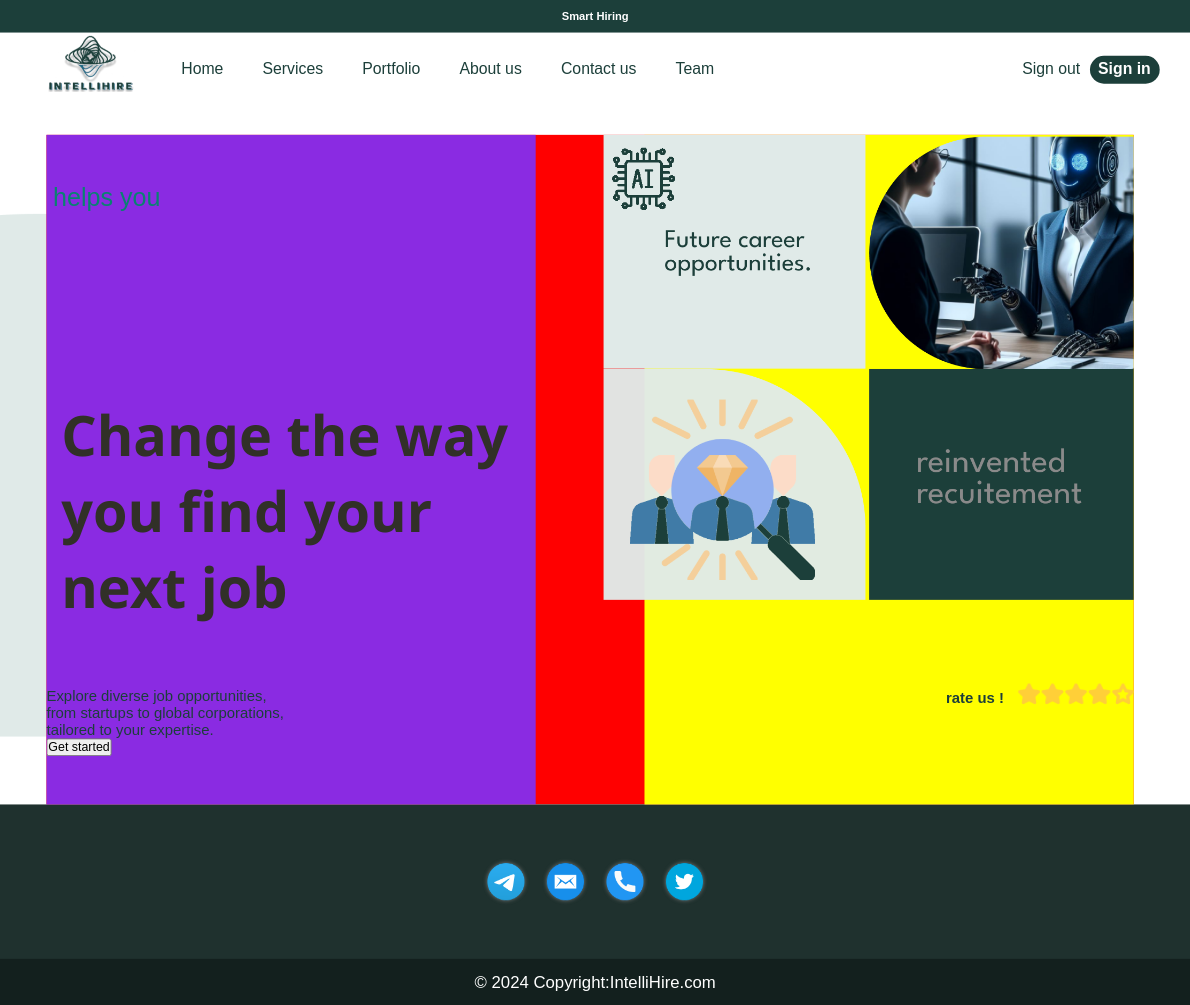
Repository: arijkl/Projet-PFA
Page: HomePage.html
An editor plug-in stored every save of this project. The page is shown before and after the next save, followed by the edit.
The browser window is 1280 px wide. The pictures show the whole page, at 93% of full size.

Above is the page before, as saved 2024-04-21 23:39:47.

### HomePage.html
<!DOCTYPE html>
<html lang="en">

<head>
    <meta charset="UTF-8" />
    <meta name="viewport" content="width=device-width, initial-scale=1.0" />
    <title>Document</title>
    <link rel="stylesheet" href="HomePage.css" />
</head>

<body>
    <nav class="beforeNav">
        <span>Smart Hiring</span>
    </nav>
    <nav class="navBar">
        <span class="Mainlogo"><img src="Assets/mainlogo.png" alt="" /></span>
        <ul>
            <li><a href="">Home</a></li>
            <li><a href="">Services</a></li>
            <li><a href="">Portfolio</a></li>
            <li><a href="">About us</a></li>
            <li><a href="">Contact us</a></li>
            <li><a href="">Team</a></li>
        </ul>
        <span class="signin-out">
            <a href="">Sign out</a>
            <a href="" class="sign-in">Sign in</a>
        </span>
    </nav>

    <div class="container">

        <div class="left-container">
            <div class="img-container" ></div>
            <span class="hepls-you">helps you</span>

            <h1>
                Change the way <br />
                you find your <br />
                next job
            </h1>
            <span>
            <p>
                Explore diverse job opportunities,<br />
                from startups to global corporations,<br />
                tailored to your expertise.
            </p>
            <button class="started-btn">Get started</button>
            </span>
        </div>
        <div class="right-container">
            <img src="Assets/Home-right-image.png" alt="" class="imgRight" />
            <span>
                rate us !
                <img src="Assets/rate.png" alt="" class="rate-us" />
            </span>
        </div>

    </div>


    <footer>
        <div class="icons">
            <button>
                <img src="Assets/tlg.png" alt="" />
            </button>
            <button>
                <img src="Assets/gm.png" alt="" />
            </button>
            <button>
                <img src="Assets/tel.png" alt="" />
            </button>
            <button>
                <img src="Assets/tt.png" alt="" />
            </button>

        </div>

        <span>
            © 2024 Copyright:
            <a href="#home">IntelliHire.com</a>
        </span>
    </footer>
</body>

</html>

### HomePage.css
* {
    margin: 0px;
    padding: 0px;
    font-family: 'Montserrat', sans-serif;
}

@font-face {
    font-family: 'Montserrat';
    src: url('https://fonts.googleapis.com/css2?family=Montserrat&display=swap');
    /* You can also host the font files locally and provide the path accordingly */
}




body {
    font-family: 'Montserrat', sans-serif;
    background: white;
    color: #1C3F3A;
    height: 100vh;
    width: 100%;

}

/*                                   Hero section                              */
.beforeNav {
    background-color: #1C3F3A;
    height: 35px;
    color: white;
    display: flex;
    justify-content: space-around;
    align-items: center;
    font-weight: 550;
    font-size: 12px;

}
/*                                  navigation bar                              */
.Mainlogo {
    height: 100%;
    width: 15%;

}

.Mainlogo img {
    position: absolute;
    height: 100px;
    width: 150px;

}

.navBar {

    height: 80px;
    display: flex;
    justify-content: space-between;
    margin-left: 20px;
    margin-right: 20px;
    font-weight: 500;



}

.navBar ul {
    display: flex;
    justify-content: space-around;
    align-items: center;
    width: 60%;
    list-style: none;
    margin-right: 25%;
    font-size: 17px;

}

.navBar ul li a {
    text-decoration: none;
    color: #1C3F3A;



}

.signin-out {
    display: flex;
    align-items: center;
    margin-right: 7px;
    width: 15%;



}

.signin-out a {
    text-decoration: none;
    font-size: 17px;

}

.signin-out a:first-child {
    color: #1C3F3A;

}

.sign-in {
    display: flex;
    justify-content: center;
    align-items: center;
    width: 75px;
    height: 30px;
    font-weight: 550;
    margin-left: 10px;
    color: white;
    background-color: #1C3F3A;
    border-radius: 15px;



}
/*                                  main content                           */
.container{
    display: flex;
    justify-content: space-between;
    align-items:center;
    height: 100%;
    margin-left: 50px;
    margin-right: 61.5px;
    margin-top:30px;

    z-index:777;
    background-color:red;
}

.left-container{
    background-color:blueviolet;
    height: 100%;
    width:45%;
    display: flex;
    flex-direction: column;
    justify-content:space-evenly;


}
.img-container{
    background-color: transparent;
    position:absolute;
    left:0px;
    top:230px;
    height:80% ;
    width:50%;

    margin-left: 0px;
    background-image : url(Assets/bg.png);
    background-size: contain;
    background-repeat: no-repeat;
    z-index: -999999;


}
/*      right content           */
.right-container{
    background-color:yellow;
    height: 100%;
    width:45%;
    display: flex;
    flex-direction: column;
    justify-content:space-between;
    align-items:flex-end;
}
.imgRight{

    height:500px;
    width:570px;

}
.right-container span{
    display:flex;
    justify-content: space-around;
    align-items:flex-end;
    gap:15px;
    margin-bottom:20%;
    font-weight:bold;
}
/*      left content           */
.hepls-you{
    margin-left:7px;
    padding-bottom: 100px;
    font-size: 27px;
    color:#098271;
}
.left-container h1{
    margin-top:30px;
    font-size:60px;
    padding:3% ;
    font-family:'Segoe UI', Tahoma, Geneva, Verdana, sans-serif;
    color:#313028;

}
/*                                  footer                                    */
footer{

    background-color:#1f312e;
    height:30%;
    color:white;
    display: flex;
    flex-direction: column;
    justify-content: flex-end;
    align-items:center;


}
.icons{
    display: flex;
    justify-content: space-around;
    align-items: center;
    height:100%;
    width:20%;
}
.icons button{
    background-color:#1f312e;;
    height:40px;
    width:40px;
    border:none;
    box-shadow: 0px 0px 5px 0px rgba(148, 142, 142, 0.797);
    border-radius:50%;
}
.icons button img{

   height:100%;
   width: auto;
}


footer span{
    background-color:#13201e;
    width:100%;
    height:30%;
    margin-top: 0%;
    display: flex;
    justify-content: center;
    align-items:center;
    font-size: large;
}
footer span a{
    color:white;
    text-decoration: none;
    text-align: center;
}

After the next save:
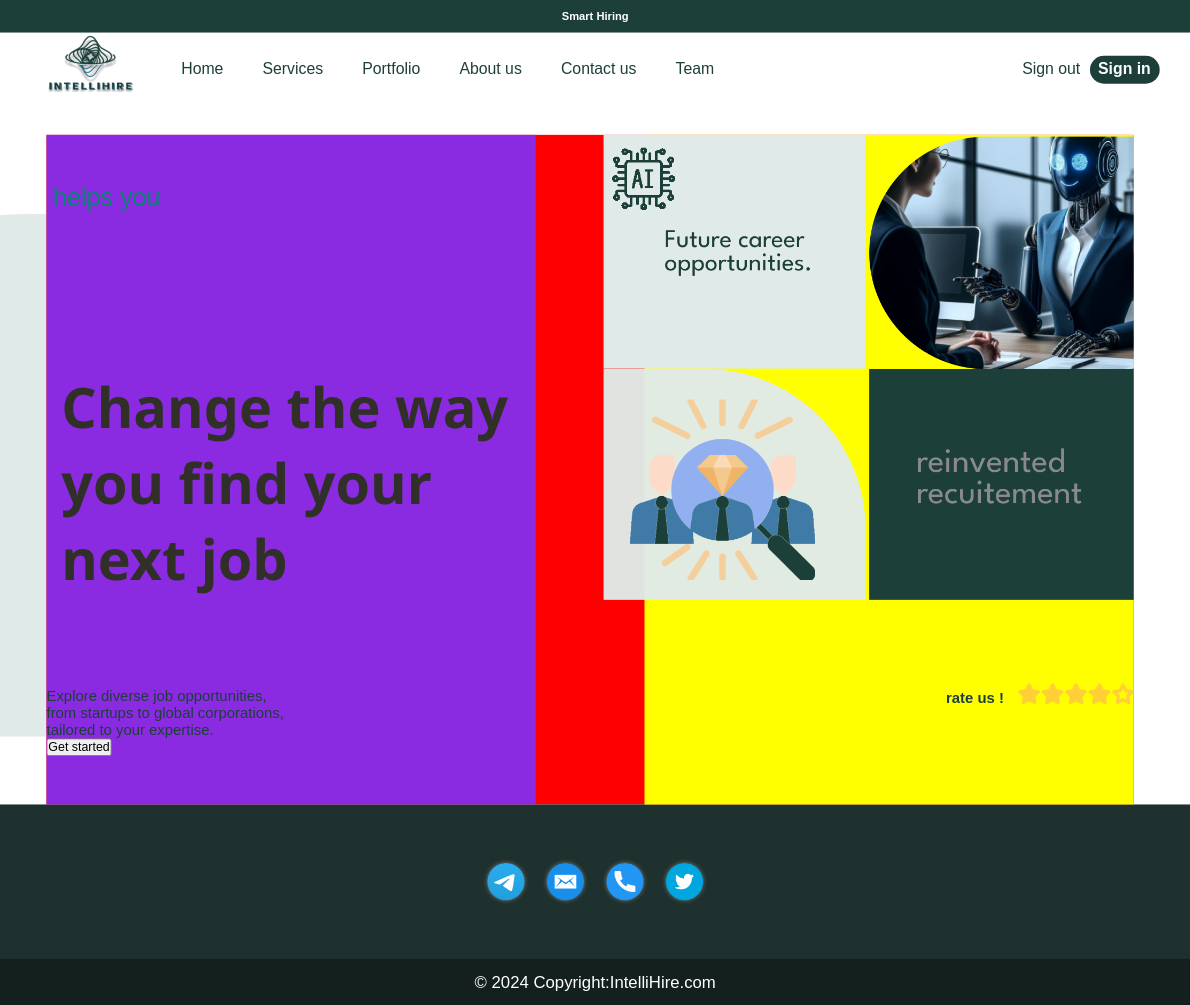
Saved 10 s later.
--- a/HomePage.css
+++ b/HomePage.css
@@ -188,7 +188,7 @@
     color:#098271;
 }
 .left-container h1{
-    margin-top:30px;
+    margin-bottom:30px;
     font-size:60px;
     padding:3% ;
     font-family:'Segoe UI', Tahoma, Geneva, Verdana, sans-serif;
